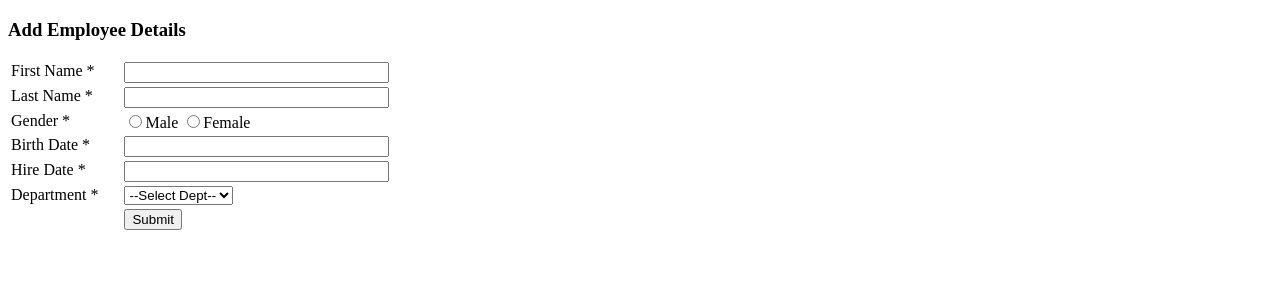
Repository: avsuhas/Java-Project
Page: http://localhost/Employee_Project/jsp/addUser.jsp
The author's editor kept a copy of each file at every save. The page is drawn from the files as they stood at one save, then again after the next save.
The browser window is 1280 px wide. The pictures show the whole page.
The page is served by Tomcat 9.

Above is the page before, as saved 2017-06-01 15:36:58.

After the next save:
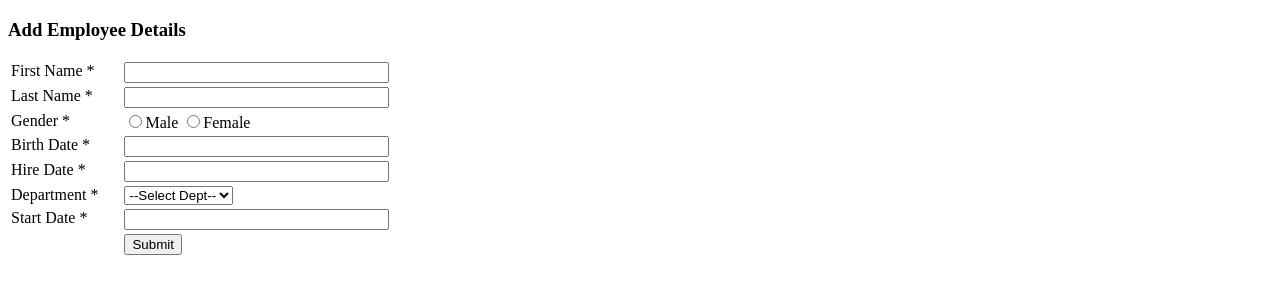
Saved 59 s later.
--- a/Employee Project/WebContent/jsp/addUser.jsp
+++ b/Employee Project/WebContent/jsp/addUser.jsp
@@ -73,7 +73,15 @@
  	<select id="departmentId" name="department">
                 <option value="0"> --Select Dept-- </option>
         </select>
-  <!-- 	<input  type= name="department" maxlength="20" size="30" required>	 -->
+ 	</td>
+	</tr>
+
+	<tr>
+ 	<td valign="top">
+  	<label for="startDate">Start Date *</label>
+ 	</td>
+ 	<td valign="top">
+  	<input  type="text" name="startDate" maxlength="20" size="30" required>
  	</td>
 	</tr>
 
